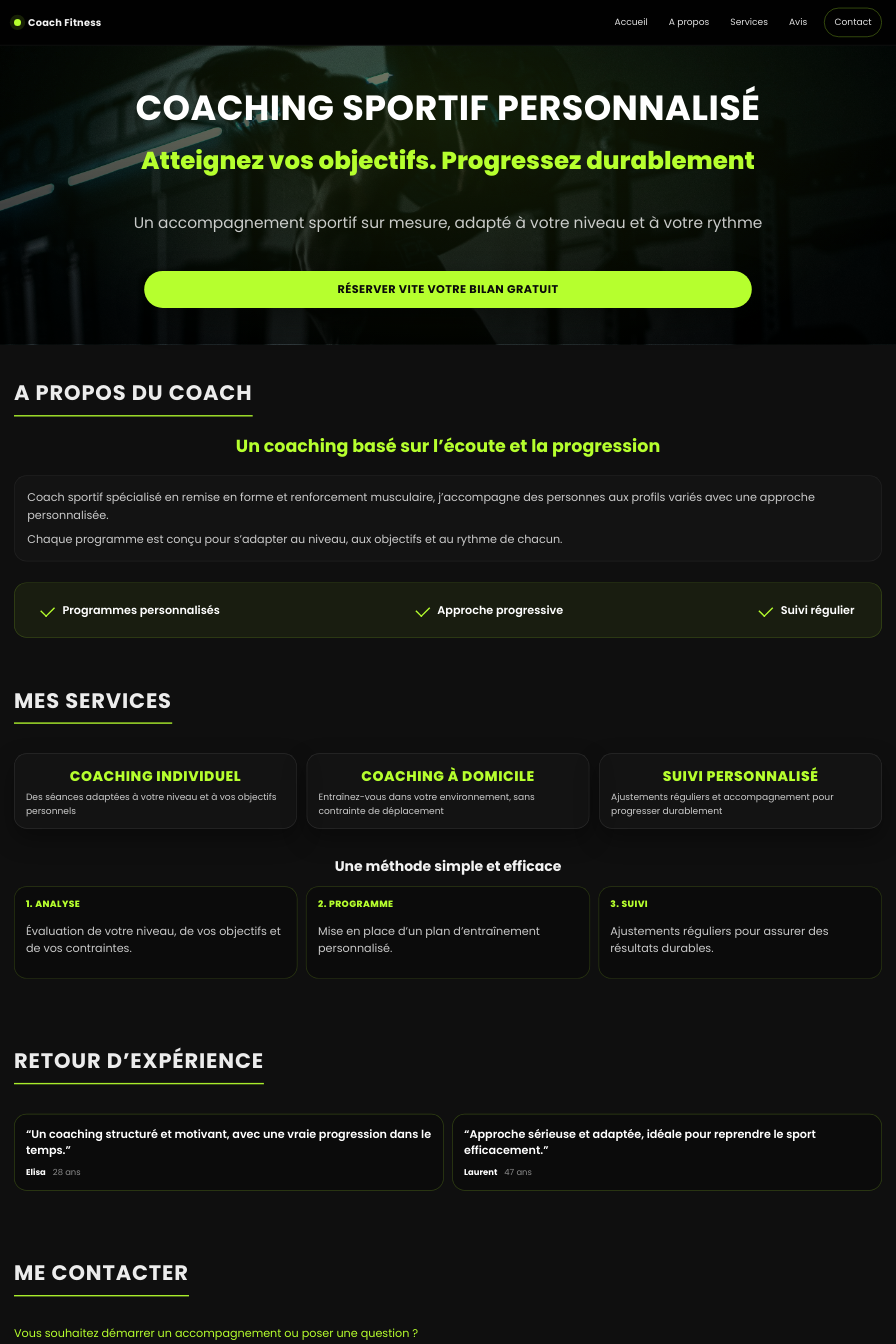
Repository: ThomasHdrd/CoachFitness
Page: index.html
The author's editor kept a copy of each file at every save. The page is drawn from the files as they stood at one save, then again after the next save.
The browser window is 1280 px wide. The pictures show the part of the page from y = 0 to 1920 px (the page is 3202 px tall), at 70% of full size.

Above is the page before, as saved 2026-01-20 22:49:26.

### index.html
<!doctype html>
<html lang="fr">
<head>
  <meta charset="utf-8" />
  <meta name="viewport" content="width=device-width, initial-scale=1" />
  <title>Coach Fitness — Landing Page</title>

  <!-- Poppins -->
  <link rel="preconnect" href="https://fonts.googleapis.com">
  <link rel="preconnect" href="https://fonts.gstatic.com" crossorigin>
  <link href="https://fonts.googleapis.com/css2?family=Poppins:wght@300;400;500;600;700;800&display=swap" rel="stylesheet">

  <link rel="stylesheet" href="styles.css" />
</head>
<body>
  <!-- Header -->
  <header class="site-header" id="top">
    <div class="container header-inner">
      <a class="brand" href="#top" aria-label="Retour en haut">
        <span class="brand-dot" aria-hidden="true"></span>
        <span class="brand-text">Coach Fitness</span>
      </a>

      <button class="nav-toggle" aria-controls="site-nav" aria-expanded="false">
        <span class="sr-only">Ouvrir le menu</span>
        <span class="burger" aria-hidden="true"></span>
      </button>

      <nav class="site-nav" id="site-nav" aria-label="Navigation principale">
        <a class="nav-link" href="#accueil">Accueil</a>
        <a class="nav-link" href="#apropos">A propos</a>
        <a class="nav-link" href="#services">Services</a>
        <a class="nav-link" href="#avis">Avis</a>
        <a class="nav-link nav-cta" href="#contact">Contact</a>
      </nav>
    </div>
  </header>

  <main>
    <!-- HERO -->
    <section class="hero" id="accueil">
      <div class="hero-overlay" aria-hidden="true"></div>
      <div class="container hero-content">
        <p class="hero-kicker">Coaching sportif personnalisé</p>
        <h1 class="hero-title accent">Atteignez vos objectifs. Progressez durablement</h1>
        <p class="hero-subtitle">
          Un accompagnement sportif sur mesure, adapté à votre niveau et à votre rythme
        </p>
        <a class="btn btn-primary" href="#contact">RÉSERVER VITE VOTRE BILAN GRATUIT</a>
      </div>
    </section>

    <!-- A PROPOS -->
    <section class="section" id="apropos">
      <div class="container">
        <h2 class="section-title">A PROPOS DU COACH</h2>
        <h3 class="section-lead accent">Un coaching basé sur l’écoute et la progression</h3>

        <div class="about-grid">
          <div class="about-text">
            <p class="muted">
              Coach sportif spécialisé en remise en forme et renforcement musculaire, j’accompagne des personnes aux profils variés
              avec une approche personnalisée.
            </p>
            <p class="muted">
              Chaque programme est conçu pour s’adapter au niveau, aux objectifs et au rythme de chacun.
            </p>
          </div>
        </div>
        <div class="about-list">
            <ul class="checks">
                <li>Programmes personnalisés</li>
                <li>Approche progressive</li>
                <li>Suivi régulier</li>
            </ul>
        </div>
      </div>
    </section>

    <!-- SERVICES -->
    <section class="section" id="services">
      <div class="container">
        <h2 class="section-title">MES SERVICES</h2>

        <div class="cards">
          <article class="card">
            <h3 class="card-title accent">COACHING INDIVIDUEL</h3>
            <p class="card-text">Des séances adaptées à votre niveau et à vos objectifs personnels</p>
          </article>

          <article class="card">
            <h3 class="card-title accent">COACHING À DOMICILE</h3>
            <p class="card-text">Entraînez-vous dans votre environnement, sans contrainte de déplacement</p>
          </article>

          <article class="card">
            <h3 class="card-title accent">SUIVI PERSONNALISÉ</h3>
            <p class="card-text">Ajustements réguliers et accompagnement pour progresser durablement</p>
          </article>
        </div>

        <div class="method">
          <h3 class="method-title">Une méthode simple et efficace</h3>

          <div class="method-steps">
            <div class="step">
              <div class="step-num accent">1. ANALYSE</div>
              <p class="muted">Évaluation de votre niveau, de vos objectifs et de vos contraintes.</p>
            </div>
            <div class="step">
              <div class="step-num accent">2. PROGRAMME</div>
              <p class="muted">Mise en place d’un plan d’entraînement personnalisé.</p>
            </div>
            <div class="step">
              <div class="step-num accent">3. SUIVI</div>
              <p class="muted">Ajustements réguliers pour assurer des résultats durables.</p>
            </div>
          </div>
        </div>
      </div>
    </section>

    <!-- AVIS -->
    <section class="section" id="avis">
      <div class="container">
        <h2 class="section-title">RETOUR D’EXPÉRIENCE</h2>

        <div class="testimonials">
          <figure class="testimonial">
            <blockquote>
              “Un coaching structuré et motivant, avec une vraie progression dans le temps.”
            </blockquote>
            <figcaption>
              <span class="name">Elisa</span>
              <span class="meta">28 ans</span>
            </figcaption>
          </figure>

          <figure class="testimonial">
            <blockquote>
              “Approche sérieuse et adaptée, idéale pour reprendre le sport efficacement.”
            </blockquote>
            <figcaption>
              <span class="name">Laurent</span>
              <span class="meta">47 ans</span>
            </figcaption>
          </figure>
        </div>
      </div>
    </section>

    <!-- CONTACT -->
    <section class="section" id="contact">
      <div class="container">
        <h2 class="section-title">ME CONTACTER</h2>
        <p class="contact-lead accent">
          Vous souhaitez démarrer un accompagnement ou poser une question ?<br />
          N’hésitez pas à me contacter.
        </p>

        <form class="form" id="contactForm" novalidate>
          <div class="field">
            <label for="nom">Nom</label>
            <input id="nom" name="nom" type="text" autocomplete="family-name" required />
            <small class="error" data-error-for="nom"></small>
          </div>

          <div class="field">
            <label for="prenom">Prénom</label>
            <input id="prenom" name="prenom" type="text" autocomplete="given-name" required />
            <small class="error" data-error-for="prenom"></small>
          </div>

          <div class="field">
            <label for="email">Email</label>
            <input id="email" name="email" type="email" autocomplete="email" required />
            <small class="error" data-error-for="email"></small>
          </div>

          <div class="field">
            <label for="message">Message</label>
            <textarea id="message" name="message" rows="5" required></textarea>
            <small class="error" data-error-for="message"></small>
          </div>

          <button class="btn btn-primary btn-wide" type="submit">ENVOYER</button>
          <p class="form-note muted" id="formStatus" role="status" aria-live="polite"></p>
        </form>
      </div>
    </section>

    <!-- FAQ -->
    <section class="section" id="faq">
      <div class="container">
        <h2 class="section-title">QUESTIONS FRÉQUENTES</h2>

        <div class="faq">
          <details class="faq-item" open>
            <summary>À qui s’adresse le coaching ?</summary>
            <div class="faq-body muted">
              Le coaching s’adresse à toute personne souhaitant reprendre le sport, améliorer sa condition physique ou atteindre un objectif précis
              (remise en forme, renforcement musculaire, perte de poids, bien-être). Les programmes sont adaptés au niveau, au rythme et aux contraintes de chacun.
            </div>
          </details>

          <details class="faq-item">
            <summary>Faut-il déjà être sportif pour commencer ?</summary>
            <div class="faq-body muted">
              Non. Le coaching s’adapte à votre niveau actuel. La progression est construite étape par étape, avec une intensité ajustée.
            </div>
          </details>

          <details class="faq-item">
            <summary>Comment se déroule le suivi ?</summary>
            <div class="faq-body muted">
              Après une analyse de votre situation, un programme personnalisé est mis en place puis ajusté régulièrement selon vos retours et votre progression.
            </div>
          </details>

          <details class="faq-item">
            <summary>Le coaching se fait-il à domicile ou en salle ?</summary>
            <div class="faq-body muted">
              Les deux sont possibles. Le format dépend de vos préférences, de votre matériel et de vos contraintes de planning.
            </div>
          </details>

          <details class="faq-item">
            <summary>Le premier échange est-il gratuit ?</summary>
            <div class="faq-body muted">
              Oui. Le premier échange permet de comprendre votre besoin et de déterminer l’accompagnement le plus adapté, sans engagement.
            </div>
          </details>
        </div>
      </div>
    </section>
  </main>

  <!-- Footer -->
  <footer class="site-footer">
    <div class="container footer-inner">
      <p class="footer-tag muted">Coaching personnalisé • Progression durable • Bien-être</p>
      <p class="footer-copy muted">© 2026 Coach Sportif Indépendant • Tous droits réservés.</p>
    </div>
  </footer>

  <script src="app.js" defer></script>
</body>
</html>

### styles.css
:root{
  --bg: #0F0F0F;            /* demandé */
  --bar: rgba(0,0,0,.90);   /* header/footer */
  --accent: #B6FF2E;        /* demandé */
  --text: #FFFFFF;
  --muted: rgba(255,255,255,.78);
  --muted2: rgba(255,255,255,.62);
  --line: rgba(182,255,46,.38);
  --card: rgba(255,255,255,.04);
  --shadow: 0 16px 40px rgba(0,0,0,.45);
  --radius: 14px;
  --radius-lg: 18px;
  --max: 1300px;
}

*{ box-sizing: border-box; }
html{ scroll-behavior: smooth; }
body{
  margin:0;
  font-family: "Poppins", system-ui, -apple-system, Segoe UI, Roboto, Arial, sans-serif;
  background: var(--bg);
  color: var(--text);
}

.container{
  width:min(100% - 40px, var(--max));
  margin-inline:auto;
}

.sr-only{
  position:absolute;
  width:1px;height:1px;
  padding:0;margin:-1px;
  overflow:hidden;clip:rect(0,0,0,0);
  white-space:nowrap;border:0;
}

/* Header */
.site-header{
  position: sticky;
  top: 0;
  z-index: 50;
  background: var(--bar);
  backdrop-filter: blur(8px);
  border-bottom: 1px solid rgba(255,255,255,.06);
}

.header-inner{
  height: 64px;
  display:flex;
  align-items:center;
  justify-content:space-between;
  gap: 14px;
}

.brand{
  display:flex;
  align-items:center;
  gap:10px;
  text-decoration:none;
  color: var(--text);
  font-weight: 700;
  letter-spacing:.3px;
}
.brand-dot{
  width:10px;height:10px;
  border-radius:999px;
  background: var(--accent);
  box-shadow: 0 0 0 6px rgba(182,255,46,.12);
}
.brand-text{ font-size: 14px; opacity:.95; }

.site-nav{
  display:flex;
  align-items:center;
  gap: 18px;
}
.nav-link{
  color: var(--text);
  text-decoration:none;
  font-size: 13px;
  opacity: .88;
  transition: opacity .2s ease, color .2s ease;
  padding: 10px 6px;
}
.nav-link:hover{ opacity:1; color: var(--accent); }

.nav-cta{
  border: 1px solid rgba(182,255,46,.45);
  border-radius: 999px;
  padding: 10px 14px;
}
.nav-cta:hover{
  background: rgba(182,255,46,.10);
}

/* Mobile nav */
.nav-toggle{
  display:none;
  border:0;
  background: transparent;
  color: var(--text);
  padding: 10px;
  border-radius: 10px;
}
.nav-toggle:hover{ background: rgba(255,255,255,.06); }
.burger{
  width: 22px; height: 2px;
  display:block;
  background: var(--text);
  position: relative;
}
.burger::before,.burger::after{
  content:"";
  position:absolute;
  left:0;
  width:22px;height:2px;
  background: var(--text);
}
.burger::before{ top:-7px; }
.burger::after{ top:7px; }

/* Hero */
.hero{
  position: relative;
  min-height: 50vh;
  display:flex;
  align-items:center;
  padding: 52px 0;
  background:
    linear-gradient(180deg, rgba(0,0,0,.55), rgba(0,0,0,.88)),
    url("assets/hero.jpg") center/cover no-repeat;
  background-position: center 30%;
}
.hero-overlay{
  position:absolute;
  inset:0;
  background: radial-gradient(1200px 600px at 50% 25%, rgba(182,255,46,.10), transparent 60%);
  pointer-events:none;
}
.hero-content{
  position:relative;
  text-align:center;
}
.hero-kicker{
  margin:0 0 10px;
  font-size: 50px;
  letter-spacing: .6px;
  text-transform: uppercase;
  font-weight: bold;
}
.hero-title{
  margin: 0 auto;
  margin:0 0 10px;
}
.hero-title {
  font-size: 35px;
  display:block;
  color: var(--accent);
  font-weight: 800;
  text-transform:none;
  margin-top: 8px;
}
.hero-subtitle{
  margin: 16px auto 22px;
  padding-top: 30px;
  color: var(--muted);
  font-size: 22px;
  line-height: 1.55;
  padding-bottom: 30px;
}

/* Buttons */
.btn{
  display:inline-flex;
  align-items:center;
  justify-content:center;
  gap:10px;
  text-decoration:none;
  border: 0;
  cursor:pointer;
  font-weight: 700;
  letter-spacing: .6px;
  text-transform: uppercase;
  border-radius: 999px;
  padding: 14px 18px;
  box-shadow: var(--shadow);
}
.btn-primary{
  background: var(--accent);
  color: #0A0A0A;
  width: 70%;
}
.btn-primary:hover{
  background: transparent;
  border: 1px solid var(--accent);
  color: var(--accent);
  filter: brightness(.95);
}
.btn-wide{ width: 100%; margin-top: 10px; }

/* Sections */
.section{
  padding: 48px 0;
}
#apropos
{
  padding-bottom: 20px;
}

.section-title {
  text-align: justify;
  align-items: center;
  margin: 0 0 14px;
  font-size: 30px;
  letter-spacing: 1.2px;
  text-transform: uppercase;
  opacity: .92;
  padding-bottom: 10px;
  display: inline-block; /* Le titre prend uniquement la largeur du texte */
}

.section-title::after {
  content: "";
  display: block;
  width: 100%; /* La barre fait la largeur du texte */
  height: 2px;
  background-color: var(--accent);
  margin-top: 8px;
}

/* Conteneur pour centrer le titre inline-block */
.section-title-wrapper {
  text-align: center;
}

.section-lead{
  text-align:center;
  margin: 0 0 22px;
  font-size: 25px;
  font-weight: 700;
}
.accent{ color: var(--accent);}
.muted{ color: var(--muted); }
.muted2{ color: var(--muted2); }

/* About */
.about-grid{
  gap: 18px;
  align-items:start;
}
.about-text{
  background: rgba(255,255,255,.02);
  border: 1px solid rgba(255,255,255,.06);
  border-radius: var(--radius-lg);
  padding: 18px;
  margin-bottom: 30px;
}
.about-text p{ margin: 0 0 10px; }
.about-text p:last-child{ margin-bottom: 0; }

.checks{
  list-style: none;
  margin: 0;
  padding: 16px 18px;
  border-radius: var(--radius-lg);
  border: 1px solid rgba(182,255,46,.20);
  background: rgba(182,255,46,.06);
  display: flex;
  flex-wrap: wrap;
  gap: 20%;
  justify-content: space-around;
  align-items: center;
}
.checks li{
  position: relative;
  padding-left: 30px;
  margin: 10px 0;
  font-weight: 600;
}
.checks li::before{
  content:"";
  position:absolute;
  left:0; top: 6px;
  width: 16px; height: 10px;
  border-left: 2px solid var(--accent);
  border-bottom: 2px solid var(--accent);
  transform: rotate(-45deg);
}

/* Cards */
.cards{
  display:grid;
  gap: 14px;
  margin-top: 18px;
}
.card{
  background: rgba(255,255,255,.02);
  border: 1px solid rgba(255,255,255,.10);
  border-radius: var(--radius-lg);
  padding: 16px 16px 14px;
  box-shadow: 0 14px 34px rgba(0,0,0,.35);
}
.card-title{
  margin:0 0 6px;
  font-size: 20px;
  text-align: center;
  font-weight: 800;
  text-transform: uppercase;
  letter-spacing: .8px;
}
.card-text{
  margin:0;
  color: var(--muted);
  font-size: 13px;
  line-height: 1.55;
}

/* Method */
.method{
  margin-top: 26px;
  padding-top: 12px;
}
.method-title{
  text-align:center;
  margin: 0 0 14px;
  font-size: 20px;
  font-weight: 700;
  opacity: .95;
}
.method-steps{
  display:grid;
  gap: 12px;
}
.step{
  border: 1px solid rgba(182,255,46,.18);
  background: rgba(0,0,0,.25);
  border-radius: var(--radius-lg);
  padding: 14px 16px;
}
.step-num{
  font-weight: 800;
  letter-spacing: .6px;
  text-transform: uppercase;
  font-size: 13px;
  margin-bottom: 6px;
}

/* Testimonials */
.testimonials{
  display:grid;
  gap: 12px;
  margin-top: 18px;
}
.testimonial{
  margin:0;
  border: 1px solid rgba(182,255,46,.22);
  background: rgba(0,0,0,.25);
  border-radius: var(--radius-lg);
  padding: 16px;
}
.testimonial blockquote{
  margin:0 0 10px;
  color: var(--text);
  font-weight: 600;
  line-height: 1.5;
}
.testimonial figcaption{
  display:flex;
  gap: 10px;
  align-items:baseline;
  color: var(--muted2);
  font-size: 12px;
}
.testimonial .name{ color: var(--text); font-weight: 700; }
.testimonial .meta{ opacity:.85; }

/* Form */
.form{
  margin-top: 18px;
  border-radius: var(--radius-lg);
  border: 1px solid rgba(255,255,255,.08);
  background: rgba(0,0,0,.25);
  padding: 16px;
}
.field{ margin-bottom: 12px; }
label{
  display:block;
  font-size: 12px;
  font-weight: 700;
  letter-spacing: .4px;
  margin-bottom: 8px;
  color: var(--accent);
  text-transform: uppercase;
}
input, textarea{
  width:100%;
  font-family: inherit;
  font-size: 14px;
  color: #0A0A0A;
  background: #FFFFFF;
  border: 1px solid rgba(0,0,0,.12);
  border-radius: 10px;
  padding: 12px 12px;
  outline: none;
}
textarea{ resize: vertical; min-height: 110px; }
input:focus, textarea:focus{
  box-shadow: 0 0 0 4px rgba(182,255,46,.20);
  border-color: rgba(182,255,46,.55);
}
.error{
  display:block;
  min-height: 16px;
  margin-top: 6px;
  font-size: 12px;
  color: #FF6B6B;
}
.form-note{
  margin: 10px 0 0;
  font-size: 12px;
}

/* FAQ */
.faq{
  margin-top: 18px;
  border-radius: var(--radius-lg);
  overflow:hidden;
  border: 1px solid rgba(182,255,46,.16);
  background: rgba(0,0,0,.25);
}
.faq-item{
  border-top: 1px solid rgba(182,255,46,.12);
}
.faq-item:first-child{ border-top: 0; }
.faq-item summary{
  list-style:none;
  cursor:pointer;
  padding: 14px 16px;
  font-weight: 700;
  font-size: 13px;
  position: relative;
}
.faq-item summary::-webkit-details-marker{ display:none; }
.faq-item summary::after{
  content:"+";
  position:absolute;
  right: 16px;
  top: 10px;
  width: 28px; height: 28px;
  display:grid;
  place-items:center;
  border-radius: 999px;
  color: var(--accent);
  border: 1px solid rgba(182,255,46,.28);
  background: rgba(182,255,46,.08);
}
.faq-item[open] summary::after{ content:"–"; }
.faq-body{
  padding: 0 16px 16px;
  font-size: 13px;
  line-height: 1.6;
}

/* Footer */
.site-footer{
  background: var(--bar);
  border-top: 1px solid rgba(255,255,255,.06);
  padding: 18px 0;
}
.footer-inner{
  text-align:center;
  display:grid;
  gap: 8px;
}
.footer-tag, .footer-copy{
  margin:0;
  font-size: 12px;
}

/* Responsive */
@media (min-width: 820px){
  .hero-content{ text-align:center; }
  .about-grid{
    grid-template-columns: 1.2fr .8fr;
    gap: 18px;
  }
  .cards{
    grid-template-columns: repeat(3, 1fr);
  }
  .method-steps{
    grid-template-columns: repeat(3, 1fr);
  }
  .testimonials{
    grid-template-columns: repeat(2, 1fr);
  }
}

/* Mobile nav behavior */
@media (max-width: 760px){
  .nav-toggle{ display:inline-flex; }
  .site-nav{
    position: fixed;
    inset: 64px 12px auto 12px;
    background: rgba(0,0,0,.95);
    border: 1px solid rgba(255,255,255,.08);
    border-radius: 16px;
    padding: 12px;
    display:none;
    flex-direction: column;
    gap: 6px;
    box-shadow: 0 18px 50px rgba(0,0,0,.6);
  }
  .site-nav.is-open{ display:flex; }
  .nav-link{ width:100%; text-align:center; padding: 12px; }
  .nav-cta{ width:100%; }
}

### app.js
// Mobile menu toggle
const toggle = document.querySelector('.nav-toggle');
const nav = document.querySelector('#site-nav');

if (toggle && nav) {
  toggle.addEventListener('click', () => {
    const isOpen = nav.classList.toggle('is-open');
    toggle.setAttribute('aria-expanded', String(isOpen));
  });

  // Close menu on link click (mobile)
  nav.querySelectorAll('a').forEach(a => {
    a.addEventListener('click', () => {
      nav.classList.remove('is-open');
      toggle.setAttribute('aria-expanded', 'false');
    });
  });

  // Close on ESC
  document.addEventListener('keydown', (e) => {
    if (e.key === 'Escape') {
      nav.classList.remove('is-open');
      toggle.setAttribute('aria-expanded', 'false');
    }
  });
}

// FAQ: allow only one open at a time (optional premium behavior)
const faqItems = document.querySelectorAll('.faq-item');
faqItems.forEach((item) => {
  item.addEventListener('toggle', () => {
    if (item.open) {
      faqItems.forEach((other) => {
        if (other !== item) other.open = false;
      });
    }
  });
});

// Contact form validation (front only, demo)
const form = document.getElementById('contactForm');
const statusEl = document.getElementById('formStatus');

function setError(name, message) {
  const el = document.querySelector(`[data-error-for="${name}"]`);
  if (el) el.textContent = message || '';
}

function isEmail(v) {
  return /^[^\s@]+@[^\s@]+\.[^\s@]+$/.test(v);
}

if (form) {
  form.addEventListener('submit', (e) => {
    e.preventDefault();

    const data = new FormData(form);
    const nom = String(data.get('nom') || '').trim();
    const prenom = String(data.get('prenom') || '').trim();
    const email = String(data.get('email') || '').trim();
    const message = String(data.get('message') || '').trim();

    let ok = true;

    setError('nom', '');
    setError('prenom', '');
    setError('email', '');
    setError('message', '');
    if (statusEl) statusEl.textContent = '';

    if (!nom) { setError('nom', 'Veuillez renseigner votre nom.'); ok = false; }
    if (!prenom) { setError('prenom', 'Veuillez renseigner votre prénom.'); ok = false; }
    if (!email || !isEmail(email)) { setError('email', 'Veuillez renseigner un email valide.'); ok = false; }
    if (!message || message.length < 10) { setError('message', 'Veuillez écrire un message (min. 10 caractères).'); ok = false; }

    if (!ok) return;

    // Demo success
    form.reset();
    if (statusEl) statusEl.textContent = "Message envoyé (démo). Je reviens vers vous au plus vite.";
  });
}

After the next save:
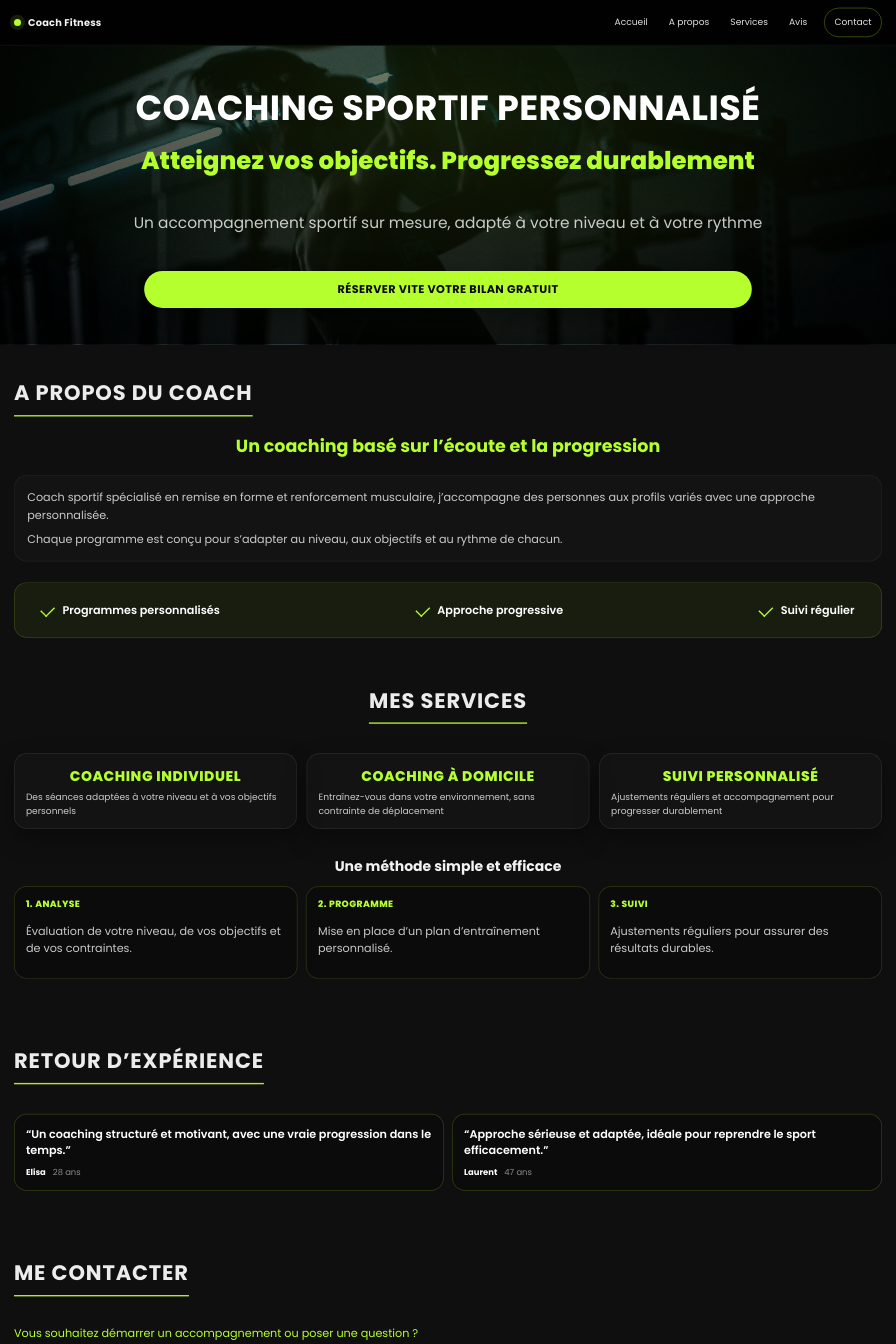
Saved 17 s later.
--- a/index.html
+++ b/index.html
@@ -80,7 +80,9 @@
     <!-- SERVICES -->
     <section class="section" id="services">
       <div class="container">
-        <h2 class="section-title">MES SERVICES</h2>
+        <div class="section-title-wrapper">
+            <h2 class="section-title">Mes services</h2>
+        </div>
 
         <div class="cards">
           <article class="card">
